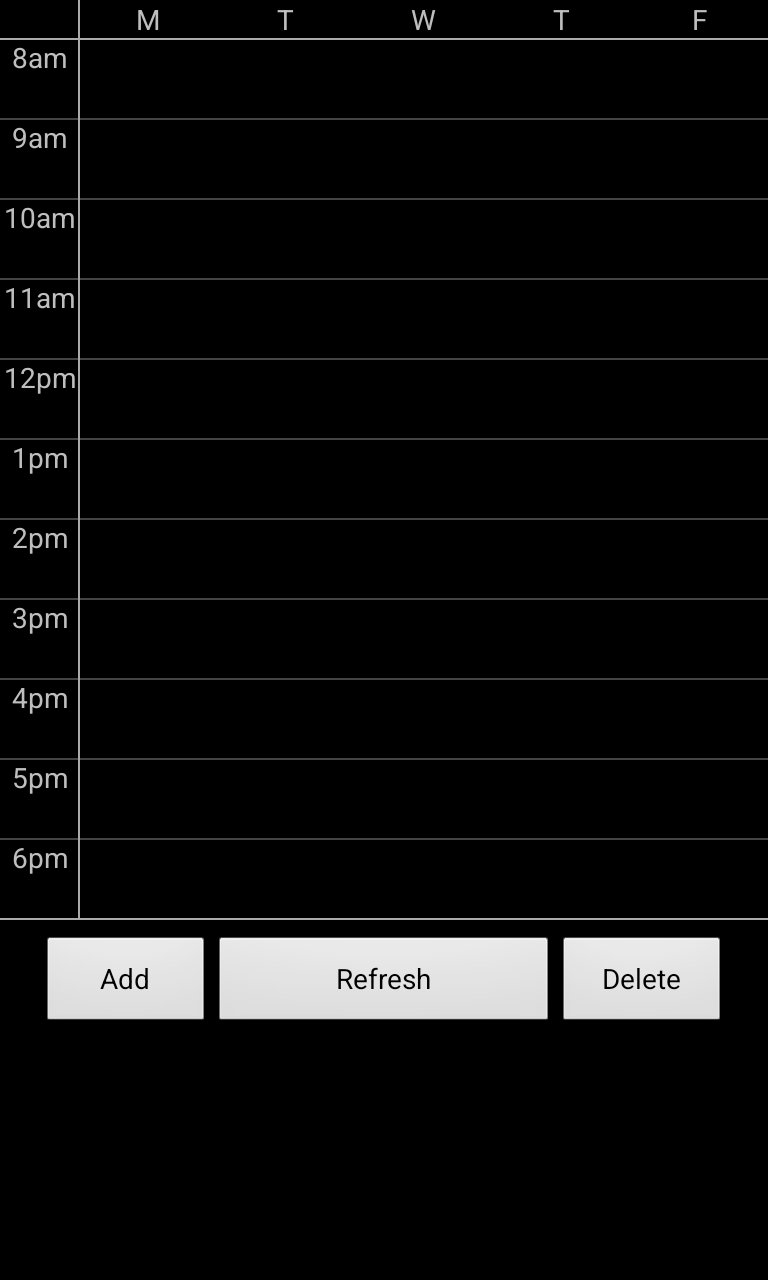
Repository: appsfactory/OfficeHours
Layout: OfficeHoursClient/res/layout/activity_schedule_view.xml
These files come from the project's save history. The layout is drawn as it stood at one moment and after the next save; the edit follows.
It is drawn on a 768 x 1280 px phone screen (xhdpi) without system bars, with theme AppTheme; the app's code is not run.

Above is the layout before, as saved 2012-09-28 14:04:56.

### OfficeHoursClient/res/layout/activity_schedule_view.xml
<?xml version="1.0" encoding="utf-8"?>
<LinearLayout xmlns:android="http://schemas.android.com/apk/res/android"
    android:layout_width="fill_parent"
    android:layout_height="wrap_content"
    android:orientation="vertical" >


    <RelativeLayout
        android:id="@+id/relativeLayout1"
        android:layout_width="match_parent"
        android:layout_height="wrap_content" >

        <TextView android:background="#aaa" android:layout_width = "1dp" android:layout_height="wrap_content" android:layout_marginTop="0dp" android:layout_marginLeft="39dp" android:text=" "/>

		<!-- HEADERS -->
        <LinearLayout
            android:id="@+id/linearLayout1"
            android:layout_width="wrap_content"
            android:layout_height="wrap_content"
            android:layout_alignParentLeft="true"
            android:layout_alignParentRight="true"
            android:layout_alignParentTop="true" >

            <TextView
                android:id="@+id/mon_header"
                android:layout_width="0dp"
                android:layout_height="wrap_content"
                android:layout_marginLeft="40dp"
                android:layout_weight="2"
                android:gravity="center"
                android:text="M" />

            <TextView
                android:id="@+id/tue_header"
                android:layout_width="0dp"
                android:layout_height="wrap_content"
                android:layout_weight="2"
                android:gravity="center"
                android:text="T" />

            <TextView
                android:id="@+id/wed_header"
                android:layout_width="0dp"
                android:layout_height="wrap_content"
                android:layout_weight="2"
                android:gravity="center"
                android:text="W" />

            <TextView
                android:id="@+id/thu_header"
                android:layout_width="0dp"
                android:layout_height="wrap_content"
                android:layout_weight="2"
                android:gravity="center"
                android:text="T" />

            <TextView
                android:id="@+id/fri_header"
                android:layout_width="0dp"
                android:layout_height="wrap_content"
                android:layout_weight="2"
                android:gravity="center"
                android:text="F" />
        </LinearLayout>
    </RelativeLayout>

    <ScrollView
        android:id="@+id/scrollView1"
        android:layout_width="match_parent"
        android:layout_height="wrap_content"
        android:padding="0dp"
        android:scrollbars="none" >"

		<!--  GRID/BORDERS -->
        <RelativeLayout
            android:id="@+id/relativeLayout242"
            android:layout_width="match_parent"
            android:layout_height="wrap_content"
            android:padding="0dp" >



            <View android:background="#aaa" android:layout_width = "fill_parent" android:layout_height="1dp" android:layout_marginTop="0dp" />
            <View android:background="#444" android:layout_width = "fill_parent" android:layout_height="1dp" android:layout_marginTop="40dp"/>
            <View android:background="#444" android:layout_width = "fill_parent" android:layout_height="1dp" android:layout_marginTop="80dp"/>
            <View android:background="#444" android:layout_width = "fill_parent" android:layout_height="1dp" android:layout_marginTop="120dp"/>
            <View android:background="#444" android:layout_width = "fill_parent" android:layout_height="1dp" android:layout_marginTop="160dp"/>
            <View android:background="#444" android:layout_width = "fill_parent" android:layout_height="1dp" android:layout_marginTop="200dp"/>
            <View android:background="#444" android:layout_width = "fill_parent" android:layout_height="1dp" android:layout_marginTop="240dp"/>
            <View android:background="#444" android:layout_width = "fill_parent" android:layout_height="1dp" android:layout_marginTop="280dp"/>
            <View android:background="#444" android:layout_width = "fill_parent" android:layout_height="1dp" android:layout_marginTop="320dp"/>
            <View android:background="#444" android:layout_width = "fill_parent" android:layout_height="1dp" android:layout_marginTop="360dp"/>
            <View android:background="#444" android:layout_width = "fill_parent" android:layout_height="1dp" android:layout_marginTop="400dp"/>
            <View android:background="#aaa" android:layout_width = "fill_parent" android:layout_height="1dp" android:layout_marginTop="440dp"/>
            <View android:background="#aaa" android:layout_width = "1dp" android:layout_height="441dp" android:layout_marginTop="0dp" android:layout_marginLeft="39dp"/>

<!--
            <View android:background="#777" android:layout_width = "fill_parent" android:layout_height="1dp" android:layout_marginTop="20dp"/>
            <View android:background="#777" android:layout_width = "fill_parent" android:layout_height="1dp" android:layout_marginTop="60dp"/>
            <View android:background="#777" android:layout_width = "fill_parent" android:layout_height="1dp" android:layout_marginTop="100dp"/>
            <View android:background="#777" android:layout_width = "fill_parent" android:layout_height="1dp" android:layout_marginTop="140dp"/>
            <View android:background="#777" android:layout_width = "fill_parent" android:layout_height="1dp" android:layout_marginTop="180dp"/>
            <View android:background="#777" android:layout_width = "fill_parent" android:layout_height="1dp" android:layout_marginTop="220dp"/>
            <View android:background="#777" android:layout_width = "fill_parent" android:layout_height="1dp" android:layout_marginTop="260dp"/>
            <View android:background="#777" android:layout_width = "fill_parent" android:layout_height="1dp" android:layout_marginTop="300dp"/>
            <View android:background="#777" android:layout_width = "fill_parent" android:layout_height="1dp" android:layout_marginTop="340dp"/>
            <View android:background="#777" android:layout_width = "fill_parent" android:layout_height="1dp" android:layout_marginTop="380dp"/>
            <View android:background="#777" android:layout_width = "fill_parent" android:layout_height="1dp" android:layout_marginTop="420dp"/> -->


            <LinearLayout
                android:id="@+id/linearLayout2"
                android:layout_width="match_parent"
                android:layout_height="wrap_content"
                android:padding="0dp" >

                <!-- SIDEBAR -->

                <RelativeLayout
                    android:id="@+id/sidebar"
                    android:layout_width="37dp"
                    android:layout_height="wrap_content"
                    android:layout_marginLeft="1.5dp"
                    android:layout_marginRight="1.5dp"
                    android:padding="0dp" >

                    <TextView
                        android:id="@+id/textView10"
                        android:layout_width="match_parent"
                        android:layout_height="wrap_content"
                        android:layout_marginTop="0dp"
                        android:gravity="center"
                        android:text="8am" />

                    <TextView
                        android:id="@+id/textView10"
                        android:layout_width="match_parent"
                        android:layout_height="wrap_content"
                        android:layout_marginTop="40dp"
                        android:gravity="center"
                        android:text="9am" />

                    <TextView
                        android:id="@+id/textView10"
                        android:layout_width="match_parent"
                        android:layout_height="wrap_content"
                        android:layout_marginTop="80dp"
                        android:gravity="center"
                        android:text="10am" />

                    <TextView
                        android:id="@+id/textView10"
                        android:layout_width="match_parent"
                        android:layout_height="wrap_content"
                        android:layout_marginTop="120dp"
                        android:gravity="center"
                        android:text="11am" />

                    <TextView
                        android:id="@+id/textView10"
                        android:layout_width="match_parent"
                        android:layout_height="wrap_content"
                        android:layout_marginTop="160dp"
                        android:gravity="center"
                        android:text="12pm" />

                    <TextView
                        android:id="@+id/textView10"
                        android:layout_width="match_parent"
                        android:layout_height="wrap_content"
                        android:layout_marginTop="200dp"
                        android:gravity="center"
                        android:text="1pm" />

                    <TextView
                        android:id="@+id/textView10"
                        android:layout_width="match_parent"
                        android:layout_height="wrap_content"
                        android:layout_marginTop="240dp"
                        android:gravity="center"
                        android:text="2pm" />

                    <TextView
                        android:id="@+id/textView10"
                        android:layout_width="match_parent"
                        android:layout_height="wrap_content"
                        android:layout_marginTop="280dp"
                        android:gravity="center"
                        android:text="3pm" />

                    <TextView
                        android:id="@+id/textView10"
                        android:layout_width="match_parent"
                        android:layout_height="wrap_content"
                        android:layout_marginTop="320dp"
                        android:gravity="center"
                        android:text="4pm" />

                    <TextView
                        android:id="@+id/textView10"
                        android:layout_width="match_parent"
                        android:layout_height="wrap_content"
                        android:layout_marginTop="360dp"
                        android:gravity="center"
                        android:text="5pm" />

                    <TextView
                        android:id="@+id/textView10"
                        android:layout_width="match_parent"
                        android:layout_height="wrap_content"
                        android:layout_marginTop="400dp"
                        android:gravity="center"
                        android:text="6pm" />
                </RelativeLayout>

                <RelativeLayout
                    android:id="@+id/relativeLayout3"
                    android:layout_width="0dp"
                    android:layout_height="match_parent"
                    android:layout_weight="14"
                    android:padding="0dp" >

                    <LinearLayout
                        android:id="@+id/linearLayout3"
                        android:layout_width="match_parent"
                        android:layout_height="wrap_content"
                        android:layout_alignParentLeft="true"
                        android:layout_alignParentRight="true"
                        android:layout_alignParentTop="true"
                        android:padding="0dp" >


                        <!-- COLUMNS -->
                        <RelativeLayout
                            android:id="@+id/moncolumn"
                            android:layout_width="0dp"
                            android:layout_height="match_parent"
                            android:layout_weight="1" >
							<!--
							<View android:background="#195D94" android:layout_width = "fill_parent" android:layout_height="86dp" android:layout_margin="2dp" />
							<RelativeLayout
							    android:layout_width="fill_parent"
							    android:layout_height="86dp"
							    android:layout_margin="2dp"
							    android:background="#777">
							    <TextView
							    	android:layout_width="fill_parent"
							    	android:layout_height="wrap_content"
							    	android:layout_alignParentTop="true"
							    	android:text="8:00"
							    	android:gravity="center_horizontal"/>
							    <TextView
							    	android:layout_width="fill_parent"
							    	android:layout_height="wrap_content"
							    	android:layout_alignParentBottom="true"
							    	android:text="9:00"
							    	android:gravity="center_horizontal"/>

							</RelativeLayout> -->


                        </RelativeLayout>

                        <RelativeLayout
                            android:id="@+id/tuecolumn"
                            android:layout_width="0dp"
                            android:layout_height="match_parent"
                            android:layout_weight="1" >

                        </RelativeLayout>

                        <RelativeLayout
                            android:id="@+id/wedcolumn"
                            android:layout_width="0dp"
                            android:layout_height="match_parent"
                            android:layout_weight="1" >

                        </RelativeLayout>

                        <RelativeLayout
                            android:id="@+id/thucolumn"
                            android:layout_width="0dp"
                            android:layout_height="match_parent"
                            android:layout_weight="1" >

                        </RelativeLayout>

                        <RelativeLayout
                            android:id="@+id/fricolumn"
                            android:layout_width="0dp"
                            android:layout_height="match_parent"
                            android:layout_weight="1" >

                            <Button
                                android:id="@+id/button1"
                                android:layout_width="fill_parent"
                                android:layout_height="180dp"
                                android:layout_marginTop="480dp"
                                android:text="Some Event" />

                        </RelativeLayout>

                    </LinearLayout>
                </RelativeLayout>
            </LinearLayout>
        </RelativeLayout>
    </ScrollView>

    <LinearLayout
        android:id="@+id/footer"
        android:layout_width="match_parent"
        android:layout_height="wrap_content"
        android:padding="0dp"
        android:layout_marginTop="7.5dp"
        android:layout_marginLeft="20dp"
        android:layout_marginRight="20dp" >

        <Button
            android:id="@+id/addbutton"
            android:layout_width="0dp"
            android:layout_height="fill_parent"
            android:layout_weight="1"
            android:text="Add" />
        <Button
            android:id="@+id/addbutton"
            android:layout_width="0dp"
            android:layout_height="fill_parent"
            android:layout_weight="2"
            android:text="Refresh" />
        <Button
            android:id="@+id/addbutton"
            android:layout_width="0dp"
            android:layout_height="fill_parent"
            android:layout_weight="1"
            android:text="Delete" />

    </LinearLayout>

</LinearLayout>

### OfficeHoursClient/res/values/styles.xml
<resources xmlns:android="http://schemas.android.com/apk/res/android">

    <style name="AppTheme" parent="android:Theme.Black.NoTitleBar" />
</resources>

After the next save:
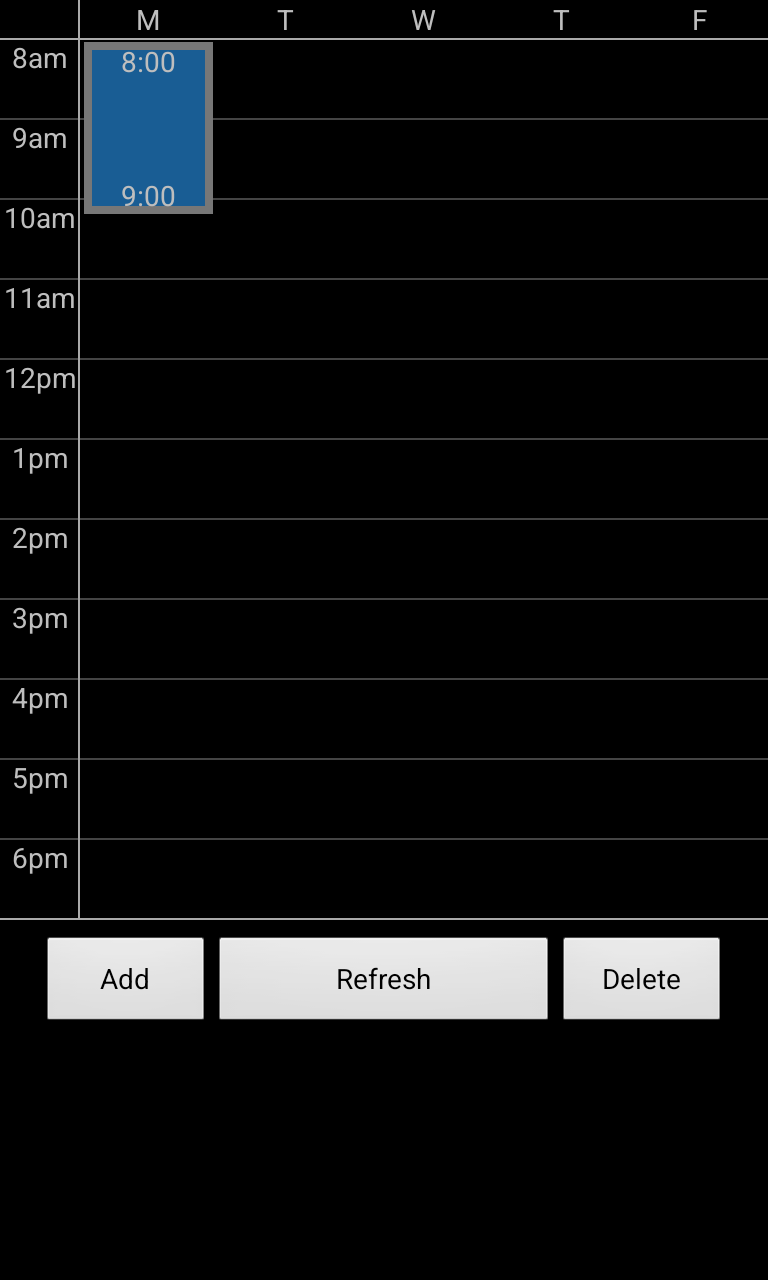
Saved 30 s later.
--- a/OfficeHoursClient/res/layout/activity_schedule_view.xml
+++ b/OfficeHoursClient/res/layout/activity_schedule_view.xml
@@ -236,13 +236,12 @@
                             android:layout_width="0dp"
                             android:layout_height="match_parent"
                             android:layout_weight="1" >
-							<!--
-							<View android:background="#195D94" android:layout_width = "fill_parent" android:layout_height="86dp" android:layout_margin="2dp" />
 							<RelativeLayout
 							    android:layout_width="fill_parent"
 							    android:layout_height="86dp"
 							    android:layout_margin="2dp"
 							    android:background="#777">
+							    <View android:background="#195D94" android:layout_width = "fill_parent" android:layout_height="82dp" android:layout_margin="4dp" />
 							    <TextView
 							    	android:layout_width="fill_parent"
 							    	android:layout_height="wrap_content"
@@ -256,7 +255,7 @@
 							    	android:text="9:00"
 							    	android:gravity="center_horizontal"/>
 
-							</RelativeLayout> -->
+							</RelativeLayout>
 
 
                         </RelativeLayout>
